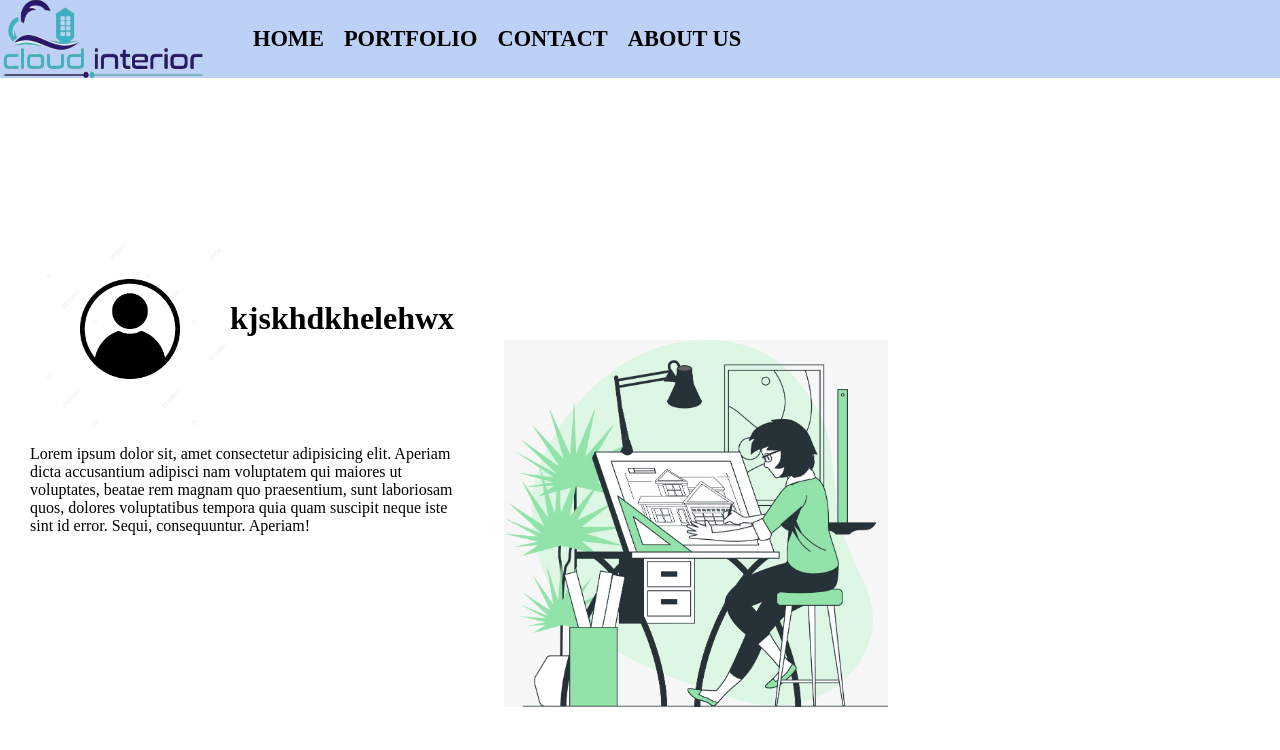
Repository: Ganavid/ganavidgowda.github.io
Page: cloud interior/about.html
The author's editor kept a copy of each file at every save. The page is drawn from the files as they stood at one save, then again after a run of saves.
The browser window is 1280 px wide. The pictures show the whole page.

Above is the page before, as saved 2023-03-04 12:59:18.

### cloud interior/about.html
<!DOCTYPE html>
<html lang="en">

<head>
    <meta charset="UTF-8">
    <meta http-equiv="X-UA-Compatible" content="IE=edge">
    <meta name="viewport" content="width=device-width, initial-scale=1.0">
    <link rel="stylesheet" href="about.css">
    <title>cloud</title>
</head>

<body>
    <nav id="navbar">
        <div id="logocnt">
            <img id="logo" src="Layer 2.png" alt="the company" width="100px" height="50px">
        </div>
        <ul id="contents">
            <li class="item">
                <a href="" onclick="window.location.reload()">HOME</a>
            </li>
            <!-- <li class="item">
            <a href="#SERVICES">SERVICES</a>
            </li> -->
            <li class="item">
                <a href="gallery.html">PORTFOLIO</a>
            </li>
            <li class="item">
                <a href="register.html">CONTACT</a>
            </li>
            <li class="item">
                <a href="about.html">ABOUT US</a>
            </li>
        </ul>
    </nav>

        <div id="container">
            <div id="topic">
                <div id="namge">
                <img id="im" src="profile.jpg" alt="self">
                <h1>kjskhdkhelehwx</h1>
                </div>
                <p>Lorem ipsum dolor sit, amet consectetur adipisicing elit. Aperiam dicta accusantium adipisci nam
                    voluptatem qui maiores ut voluptates, beatae rem magnam quo praesentium, sunt laboriosam quos,
                    dolores voluptatibus tempora quia quam suscipit neque iste sint id error. Sequi, consequuntur.
                    Aperiam!
                </p>
            </div>
            <div id="subcontainer">
                <img src="aboutus.jpeg" alt="show" id="imgl">
            </div>
        </div>
</body>
</html>

### cloud interior/about.css
body {
    margin: 0px;
    padding: 0px;
    border: 0px;
    height: 100vh;
    /* padding-top: 13vh; */
    /* margin-top: 15vh; */
    /* background-color: rgba(123, 190, 212, 0.13); */
}


nav {
    display: flex;
    justify-content: left;
    background-color: #BDD0F5;
    padding: 3px;
    align-items: center;
    position: fixed;
    top: 0;
    width: 100vw;
    height: 10vh;
    min-height: 20px;
}

#logocnt {
    display: flex;
    flex-direction: row;
    margin: 8px 0px 8px 0px;
    padding-top: 5px;
    padding-bottom: 5px;
}

#logo {
    height: 80px;
    width: 200px;
    margin: 8px 0px 8px 0px;
    padding-top: 10px;
    padding-bottom: 10px;
}

#contents {
    display: flex;
    flex-direction: row;
    list-style: none;

}

#contents li {
    display: flex;
    flex-direction: row;
    list-style: none;
    margin: 0px 10px 0px 10px;

}


#contents li a {
    text-decoration: none;
    margin: 0xp 10px 0px 10px;
    color: white;
    font-family: ebrima;
    font-weight: bold;
    font-size: 140%;
    color: black;
}

#container {
    display: flex;
    flex-direction: row;
    /* border: solid aqua; */
    width: 60%;
    margin: 30px;
    height: 100%;
    justify-content: space-between;

}

#im {
    height: 200px;
    width: 200px;
    border-radius: 50px;
}

#topic {
    display: flex;
    flex-direction: column;
    justify-content: center;

}

#subcontainer {

    height: 50%;
    margin: 50px;
    width: 60%;
    margin-top: 0%;
    align-self: flex-end;
}

#namge{
    display: flex;
    flex-direction: row;
}

#imgl{
    width: 30vw;
    /* height: 30vh; */
}

h1 {
    padding-top: 50px;
}

After the next 2 saves:
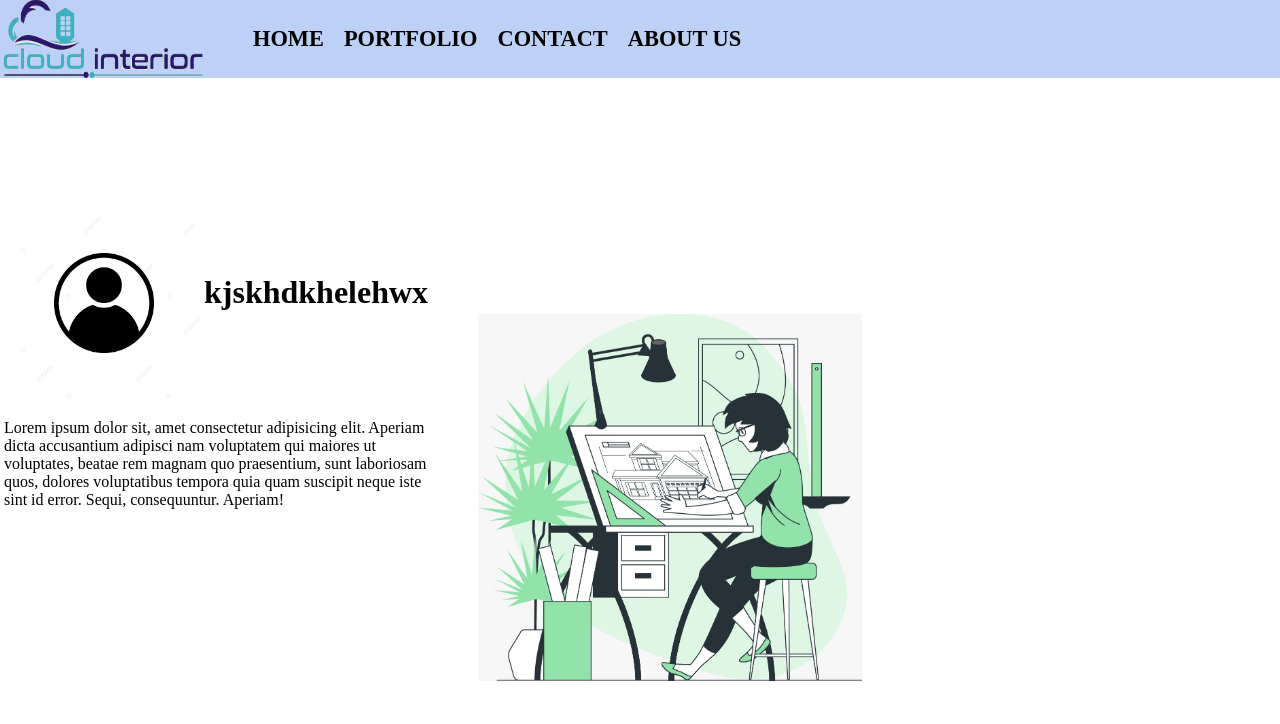
The 2 saves are shown as one change because they came seconds apart.
The last was saved 68 s later.
--- a/cloud interior/about.css
+++ b/cloud interior/about.css
@@ -69,7 +69,7 @@ nav {
     flex-direction: row;
     /* border: solid aqua; */
     width: 60%;
-    margin: 30px;
+    margin: 4px;
     height: 100%;
     justify-content: space-between;
 
